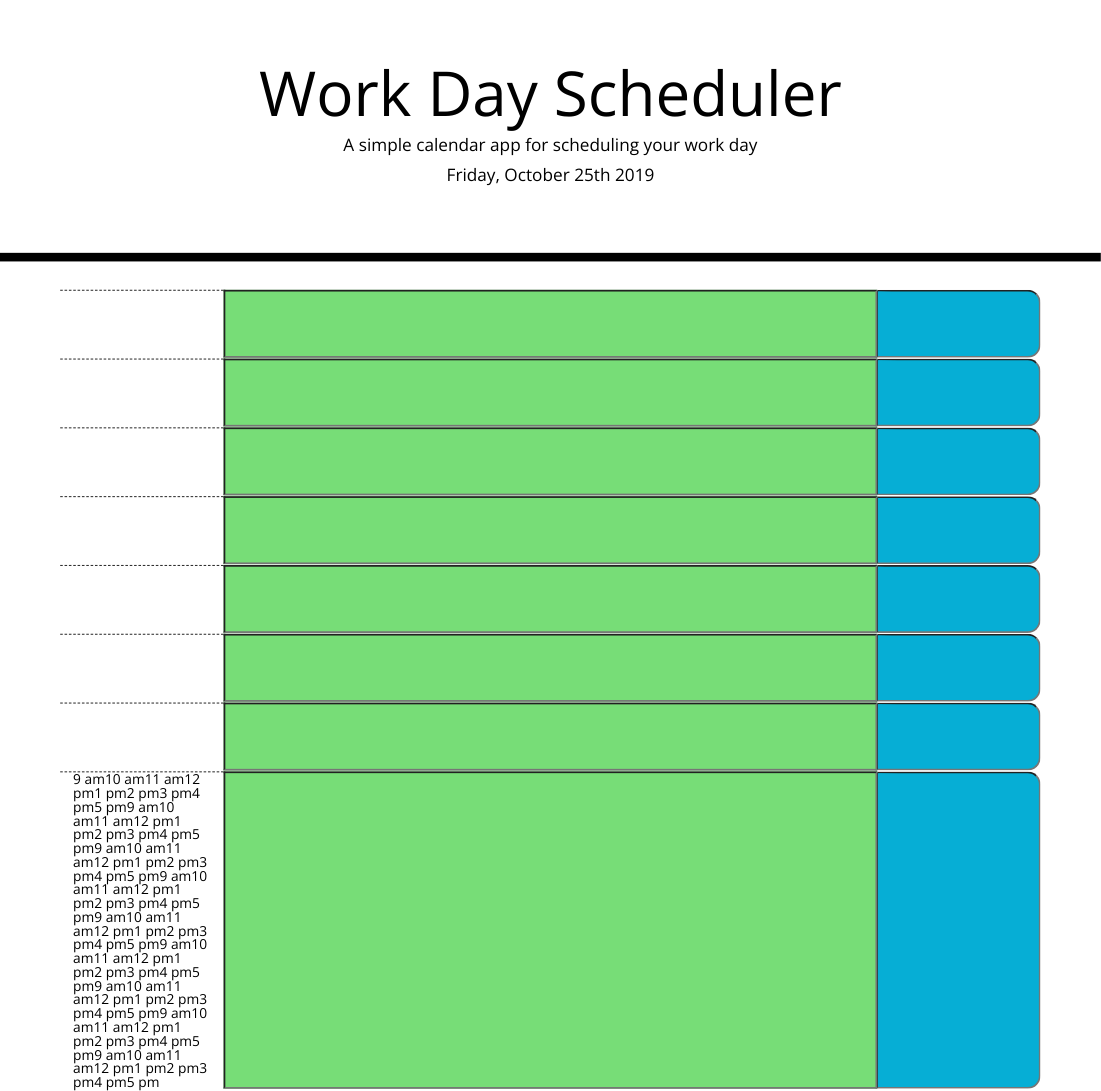
Repository: s88leigh/Day-Planner
Page: Develop/index.html
These files come from the project's save history. The page is drawn as it stood at one moment and after the next save; the edit follows.
The browser window is 1280 px wide. The pictures show the whole page, at 86% of full size.
Some web libraries are served in a nearby version.

Above is the page before, as saved 2019-10-26 09:43:39.

After the next save:
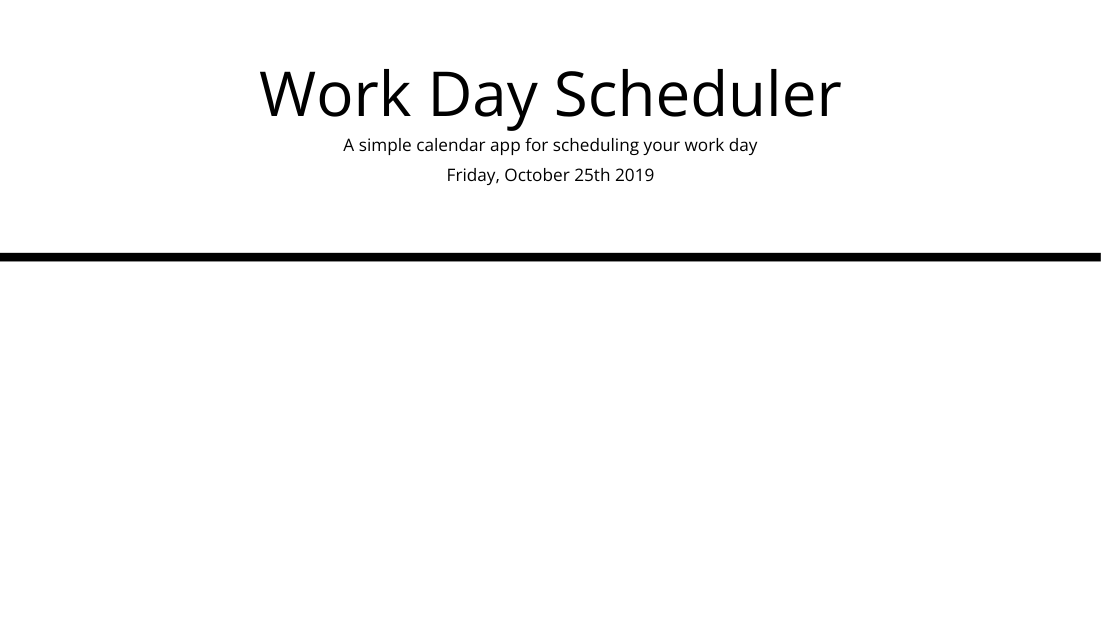
Console error: SyntaxError: Unexpected token ']'
Saved 52 s later.
--- a/Develop/script.js
+++ b/Develop/script.js
@@ -8,7 +8,7 @@
 
     hour = $("<div>");
     hour.addClass("col-2 hour");
-    hour.text[i];
+    hour.texti];
 
     dailyTask = $("<input>");
     dailyTask.addClass("col-8");

After the 2 saves that followed:
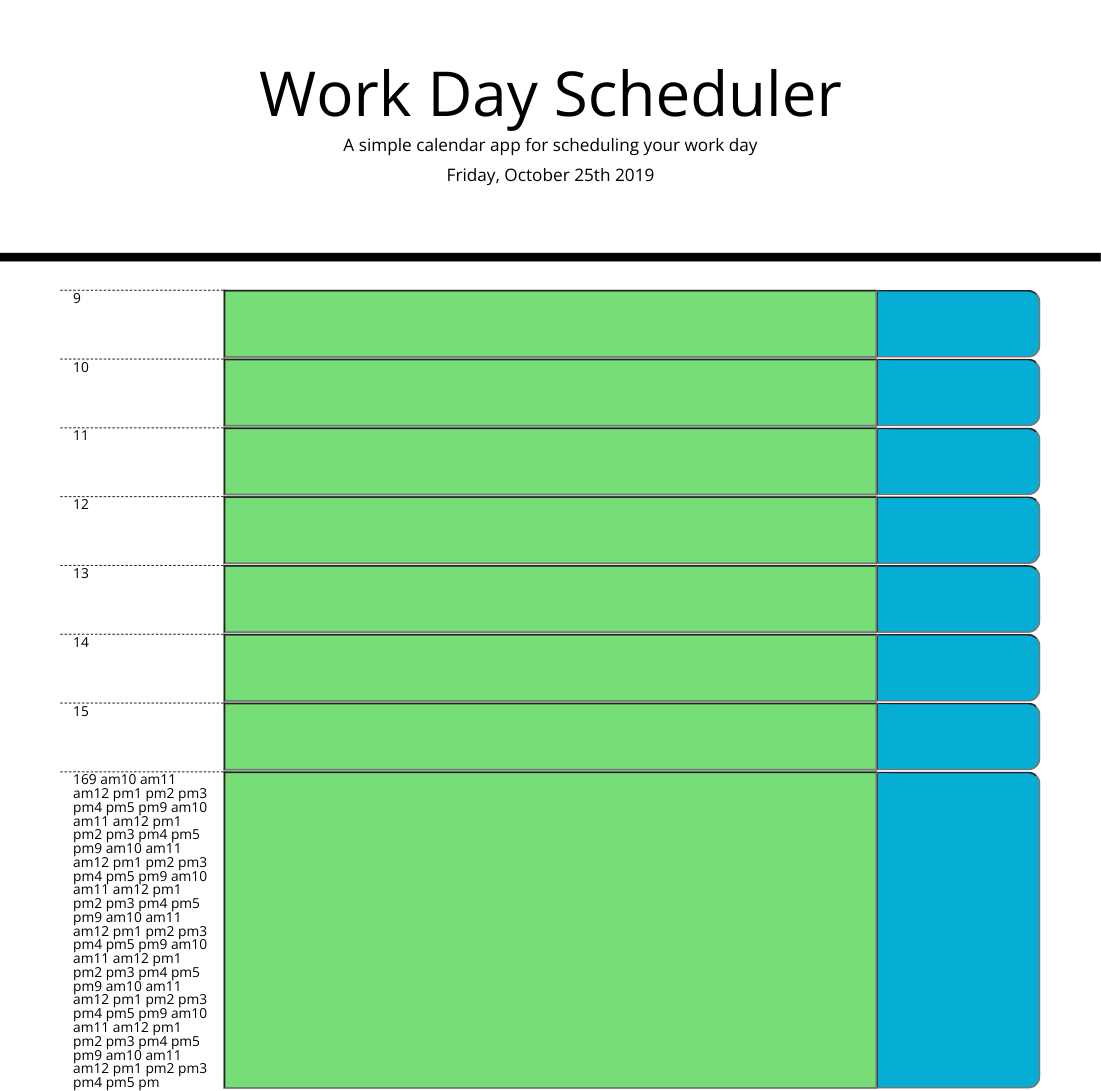
The error is gone.
The 2 saves are shown as one change because 1 left the picture as it was.
The last was saved 8 s later.
--- a/Develop/script.js
+++ b/Develop/script.js
@@ -8,7 +8,7 @@
 
     hour = $("<div>");
     hour.addClass("col-2 hour");
-    hour.texti];
+    hour.text(i)
 
     dailyTask = $("<input>");
     dailyTask.addClass("col-8");
